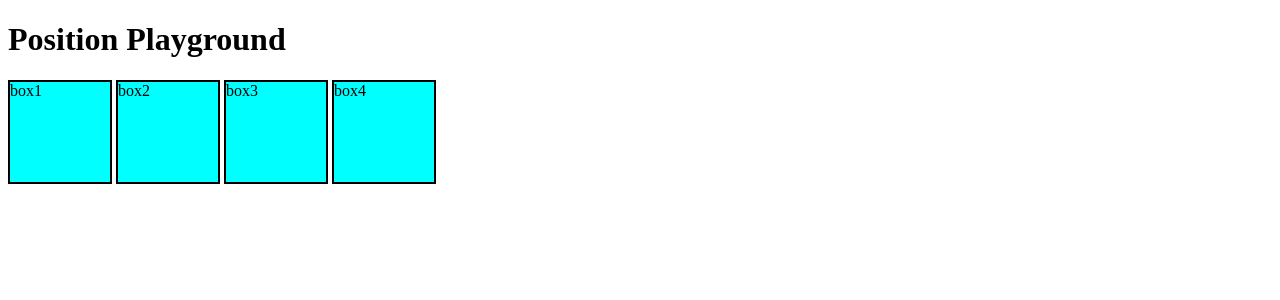
Repository: rakeshkolpepatil/CSS_Apana_College
Page: index.html
An editor plug-in stored every save of this project. The page is shown before and after the next save, followed by the edit.
The browser window is 1280 px wide. The pictures show the whole page.

Above is the page before, as saved 2023-06-23 11:53:41.

After the next save:
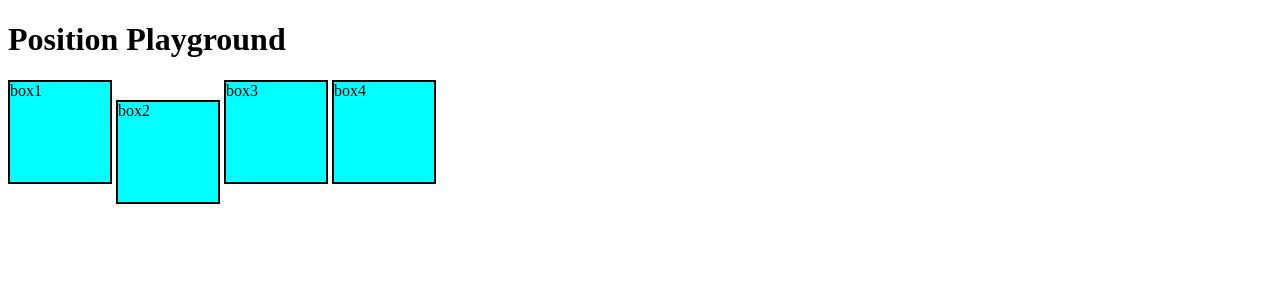
Saved 5 h 22 min later.
--- a/styleFive.css
+++ b/styleFive.css
@@ -11,3 +11,8 @@ div{
 #box1{
   position: static;
 }
+#box2{
+  position: relative;
+  top: 20px;
+
+}
